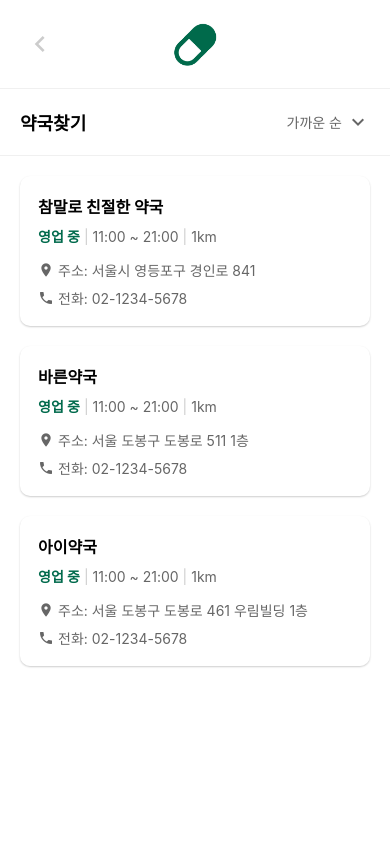
Repository: Sesac-icare/FrontEndiCare
Screen: /PharmacyList (app in iCare/)
The author's editor kept a copy of each file at every save. The screen is drawn from the files as they stood at one save, then again after the next save.
The app was drawn by React Native's web renderer in a window 390 px wide. The project was rebuilt for these pictures with package versions that can differ from the ones it lists, and the page was loaded fresh each time. Some packages were replaced by stand-ins written for this rebuild. Also part of the build but not shown: iCare/components/Header.js, iCare/components/Contents.js, iCare/components/HospitalList.js, iCare/components/MyPage.js, iCare/components/auth/SignUp.js, iCare/components/DocumentStorage.js.

Above is the screen before, as saved 2025-02-06 12:37:05.

### iCare/index.js
import { registerRootComponent } from "expo";

import App from "./App";

// registerRootComponent calls AppRegistry.registerComponent('main', () => App);
// It also ensures that whether you load the app in Expo Go or in a native build,
// the environment is set up appropriately
registerRootComponent(App);

// import { AppRegistry } from "react-native";
// import App from "./src/App";
// import { iCare } from "./app.json";

// import appConfig from "./app.json";

// const appName = appConfig.expo.name;

// AppRegistry.registerComponent(appName, () => App);

### iCare/App.js
import React, { useState, useEffect } from "react";
import { NavigationContainer } from "@react-navigation/native";
import { createNativeStackNavigator } from "@react-navigation/native-stack";
import { createBottomTabNavigator } from "@react-navigation/bottom-tabs";
import { View, StyleSheet, SafeAreaView, Text } from "react-native";
import { MaterialIcons } from "@expo/vector-icons";
import Header from "./components/Header";
import Contents from "./components/Contents";
import Splash from "./components/Splash";
import HospitalList from "./components/HospitalList";
import PharmacyList from "./components/PharmacyList";
import MyPage from "./components/MyPage";
import Login from "./components/auth/Login";
import SignUp from "./components/auth/SignUp";
import DocumentStorage from "./components/DocumentStorage";

const Stack = createNativeStackNavigator();
const Tab = createBottomTabNavigator();

// 임시 채팅, 마이페이지 컴포넌트
const ChatScreen = () => (
  <SafeAreaView style={styles.safe}>
    <View style={styles.container}>
      <Header />
      <View style={styles.center}>
        <Text>채팅 화면</Text>
      </View>
    </View>
  </SafeAreaView>
);

const HomeScreen = () => {
  return (
    <SafeAreaView style={styles.safe}>
      <View style={styles.container}>
        <Header />
        <Contents />
      </View>
    </SafeAreaView>
  );
};

// 탭 네비게이터
function TabNavigator() {
  return (
    <Tab.Navigator
      screenOptions={{
        headerShown: false,
        tabBarStyle: {
          height: 60,
          borderTopWidth: 1,
          borderTopColor: "#f0f0f0",
          paddingBottom: 20,
          paddingTop: 10,
          height: 80
        },
        tabBarActiveTintColor: "#016a4c",
        tabBarInactiveTintColor: "#CCCCCC",
        tabBarLabelStyle: {
          paddingBottom: 8,
          fontSize: 12,
          fontWeight: "500",
          marginTop: -4
        },
        tabBarIconStyle: {
          marginTop: -4
        }
      }}
    >
      <Tab.Screen
        name="홈"
        component={HomeScreen}
        options={{
          tabBarIcon: ({ color }) => (
            <MaterialIcons name="home" size={28} color={color} />
          )
        }}
      />
      <Tab.Screen
        name="채팅"
        component={ChatScreen}
        options={{
          tabBarIcon: ({ color }) => (
            <MaterialIcons name="forum" size={28} color={color} />
          )
        }}
      />
      <Tab.Screen
        name="마이페이지"
        component={MyPage}
        options={{
          tabBarIcon: ({ color }) => (
            <MaterialIcons name="person" size={28} color={color} />
          )
        }}
      />
    </Tab.Navigator>
  );
}

const App = () => {
  const [isLoading, setIsLoading] = useState(true);

  useEffect(() => {
    // 3초 후에 스플래시 화면 숨기기
    const timer = setTimeout(() => {
      setIsLoading(false);
    }, 3000);

    return () => clearTimeout(timer);
  }, []);

  if (isLoading) {
    return <Splash />;
  }

  return (
    <NavigationContainer>
      <Stack.Navigator screenOptions={{ headerShown: false }}>
        <Stack.Screen name="Login" component={Login} />
        <Stack.Screen name="SignUp" component={SignUp} />
        <Stack.Screen name="MainTabs" component={TabNavigator} />
        <Stack.Screen name="HospitalList" component={HospitalList} />
        <Stack.Screen name="PharmacyList" component={PharmacyList} />
        <Stack.Screen name="DocumentStorage" component={DocumentStorage} />
      </Stack.Navigator>
    </NavigationContainer>
  );
};

const styles = StyleSheet.create({
  safe: {
    flex: 1,
    backgroundColor: "#ffffff"
  },
  container: {
    flex: 1,
    backgroundColor: "#ffffff"
  },
  center: {
    flex: 1,
    justifyContent: "center",
    alignItems: "center"
  },
  button: {
    backgroundColor: "#f0f0f0",
    padding: 14,
    borderRadius: 9,
    marginBottom: 9,
    alignItems: "center"
  },
  buttonText: {
    fontSize: 18,
    color: "green",
    fontFamily: "NotoSansKR"
  }
});

export default App;

### iCare/components/Splash.js
import React from "react";
import { View, Text, StyleSheet, Image, Dimensions } from "react-native";

const { height } = Dimensions.get("window");

export default function Splash() {
  return (
    <View style={styles.container}>
      <View style={styles.logoContainer}>
        <Image
          source={require("../assets/iCareLogo.jpg")}
          style={styles.logo}
          resizeMode="contain"
        />
      </View>
      <View style={styles.footer}>
        <Text style={styles.title}>iCare</Text>
        <Text style={styles.subtitle}>
          아이를 위한 24시간 병원 및 약국 찾기
        </Text>
      </View>
    </View>
  );
}

const styles = StyleSheet.create({
  container: {
    flex: 1,
    backgroundColor: "#016a4c",
    justifyContent: "center"
  },
  logoContainer: {
    position: "absolute",
    top: "40%",
    left: 0,
    right: 0,
    alignItems: "center"
  },
  logo: {
    width: 200,
    height: 200
  },
  footer: {
    position: "absolute",
    bottom: 80,
    left: 0,
    right: 0,
    alignItems: "center"
  },
  title: {
    fontSize: 36,
    color: "#12b67a",
    marginBottom: 8,
    fontFamily: "NotoSansKR",
    fontWeight: "bold"
  },
  subtitle: {
    fontSize: 18,
    color: "white",
    opacity: 0.8,
    fontFamily: "NotoSansKR",
    fontWeight: "400"
  }
});

### iCare/components/PharmacyList.js
import React from "react";
import {
  View,
  Text,
  StyleSheet,
  ScrollView,
  TouchableOpacity,
  SafeAreaView,
  Image
} from "react-native";
import { MaterialIcons } from "@expo/vector-icons";
import { useNavigation } from "@react-navigation/native";

export default function PharmacyList() {
  const navigation = useNavigation();
  const pharmacies = [
    {
      name: "참말로 친절한 약국",
      status: "영업 중",
      hours: "11:00 ~ 21:00",
      distance: "1km",
      address: "서울시 영등포구 경인로 841",
      tel: "02-1234-5678"
    },
    {
      name: "바른약국",
      status: "영업 중",
      hours: "11:00 ~ 21:00",
      distance: "1km",
      address: "서울 도봉구 도봉로 511 1층",
      tel: "02-1234-5678"
    },
    {
      name: "아이약국",
      status: "영업 중",
      hours: "11:00 ~ 21:00",
      distance: "1km",
      address: "서울 도봉구 도봉로 461 우림빌딩 1층",
      tel: "02-1234-5678"
    }
  ];

  return (
    <SafeAreaView style={styles.safe}>
      <View style={styles.container}>
        <View style={styles.header}>
          <TouchableOpacity
            style={styles.backButton}
            onPress={() => navigation.goBack()}
          >
            <MaterialIcons name="chevron-left" size={32} color="#CCCCCC" />
          </TouchableOpacity>
          <Image
            source={require("../assets/HeaderGreenLogo.png")}
            style={styles.logo}
            resizeMode="contain"
          />
        </View>

        <View style={styles.subHeader}>
          <Text style={styles.pageTitle}>약국찾기</Text>
          <TouchableOpacity style={styles.filterButton}>
            <Text style={styles.filterText}>가까운 순</Text>
            <MaterialIcons name="keyboard-arrow-down" size={24} color="#666666" />
          </TouchableOpacity>
        </View>

        <ScrollView style={styles.listContainer}>
          {pharmacies.map((pharmacy, index) => (
            <TouchableOpacity key={index} style={styles.pharmacyItem}>
              <Text style={styles.pharmacyName}>{pharmacy.name}</Text>
              <Text style={styles.statusText}>
                <Text style={pharmacy.status === "영업 중" ? styles.openStatus : styles.closedStatus}>
                  {pharmacy.status}
                </Text>
                <Text style={styles.statusDivider}> | </Text>
                {pharmacy.hours}
                <Text style={styles.statusDivider}> | </Text>
                {pharmacy.distance}
              </Text>
              <View style={styles.addressContainer}>
                <MaterialIcons name="location-on" size={16} color="#666" />
                <Text style={styles.addressText}>주소: {pharmacy.address}</Text>
              </View>
              <View style={styles.telContainer}>
                <MaterialIcons name="phone" size={16} color="#666" />
                <Text style={styles.telText}>전화: {pharmacy.tel}</Text>
              </View>
            </TouchableOpacity>
          ))}
        </ScrollView>
      </View>
    </SafeAreaView>
  );
}

const styles = StyleSheet.create({
  safe: {
    flex: 1,
    backgroundColor: "#fff"
  },
  container: {
    flex: 1,
    backgroundColor: "#fff"
  },
  header: {
    flexDirection: "row",
    alignItems: "center",
    padding: 20,
    borderBottomWidth: 1,
    borderBottomColor: "#f0f0f0",
    backgroundColor: "#fff"
  },
  backButton: {
    padding: 4,
    position: "absolute",
    left: 20,
    zIndex: 1
  },
  logo: {
    width: 48,
    height: 48,
    marginLeft: "auto",
    marginRight: "auto"
  },
  subHeader: {
    flexDirection: "row",
    justifyContent: "space-between",
    alignItems: "center",
    padding: 20,
    backgroundColor: "#fff",
    borderBottomWidth: 1,
    borderBottomColor: "#f0f0f0"
  },
  pageTitle: {
    fontSize: 18,
    fontWeight: "bold",
    color: "#000"
  },
  filterButton: {
    flexDirection: "row",
    alignItems: "center",
    gap: 4
  },
  filterText: {
    fontSize: 14,
    color: "#666666"
  },
  listContainer: {
    flex: 1,
    padding: 20
  },
  pharmacyItem: {
    marginBottom: 20,
    padding: 18,
    backgroundColor: "#fff",
    borderRadius: 10,
    elevation: 2,
    shadowColor: "#000",
    shadowOffset: {
      width: 0,
      height: 1
    },
    shadowOpacity: 0.2,
    shadowRadius: 2
  },
  pharmacyName: {
    fontSize: 16,
    fontWeight: "bold",
    marginBottom: 8
  },
  statusText: {
    color: "#666",
    fontSize: 14,
    marginBottom: 14
  },
  addressContainer: {
    flexDirection: "row",
    alignItems: "center",
    gap: 4,
    marginBottom: 8
  },
  telContainer: {
    flexDirection: "row",
    alignItems: "center",
    gap: 4
  },
  addressText: {
    color: "#666",
    fontSize: 14
  },
  telText: {
    color: "#666",
    fontSize: 14
  },
  openStatus: {
    color: "#016A4C",
    fontWeight: "700",
  },
  closedStatus: {
    color: "#E53935",
    fontWeight: "700",
  },
  statusDivider: {
    color: "#CCCCCC",
  },
});

### iCare/components/auth/Login.js
import React, { useState } from "react";
import {
  View,
  Text,
  StyleSheet,
  TouchableOpacity,
  SafeAreaView,
  Image,
  TextInput,
  KeyboardAvoidingView,
  Platform,
  ScrollView
} from "react-native";
import { MaterialIcons } from "@expo/vector-icons";
import { useNavigation } from "@react-navigation/native";

export default function Login() {
  const navigation = useNavigation();
  const [email, setEmail] = useState("");
  const [password, setPassword] = useState("");

  // 버튼 활성화 여부를 확인하는 함수
  const isLoginButtonEnabled = email.trim() !== "" && password.trim() !== "";

  const handleLogin = () => {
    if (!isLoginButtonEnabled) return;

    // 테스트를 위해 API 호출 없이 바로 메인 화면으로 이동
    navigation.navigate("MainTabs");

    /* 실제 API 연동 코드는 주석 처리
    fetch('api/users/login', {
      method: 'POST',
      headers: {
        'Content-Type': 'application/json',
      },
      body: JSON.stringify({
        email,
        password
      })
    })
    .then(response => response.json())
    .then(data => {
      if (data.token) {
        navigation.navigate("MainTabs");
      }
    })
    .catch(error => {
      if (error.response?.status === 400) {
        alert("이메일 또는 비밀번호가 올바르지 않습니다.");
      }
    });
    */
  };

  return (
    <SafeAreaView style={styles.safe}>
      <KeyboardAvoidingView
        behavior={Platform.OS === "ios" ? "padding" : "height"}
        style={styles.container}
      >
        <View style={styles.content}>
          <View style={styles.logoContainer}>
            <Image
              source={require("../../assets/HeaderGreenLogo.png")}
              style={styles.logo}
              resizeMode="contain"
            />
          </View>

          <View style={styles.inputSection}>
            <Text style={styles.label}>이메일</Text>
            <TextInput
              style={styles.input}
              placeholder="이메일을 입력해주세요"
              placeholderTextColor="#999"
              value={email}
              onChangeText={setEmail}
              autoCapitalize="none"
              keyboardType="email-address"
            />
          </View>

          <View style={styles.inputSection}>
            <Text style={styles.label}>비밀번호</Text>
            <TextInput
              style={styles.input}
              placeholder="비밀번호를 입력해주세요"
              placeholderTextColor="#999"
              secureTextEntry
              value={password}
              onChangeText={setPassword}
            />
          </View>
        </View>

        <View style={styles.buttonWrapper}>
          <TouchableOpacity
            style={[
              styles.loginButton,
              !isLoginButtonEnabled && styles.loginButtonDisabled
            ]}
            onPress={handleLogin}
            disabled={!isLoginButtonEnabled}
          >
            <Text
              style={[
                styles.loginButtonText,
                !isLoginButtonEnabled && styles.loginButtonTextDisabled
              ]}
            >
              로그인
            </Text>
          </TouchableOpacity>

          <TouchableOpacity
            style={styles.button}
            onPress={() => navigation.navigate("SignUp")}
          >
            <Text style={styles.buttonText}>회원가입</Text>
          </TouchableOpacity>
        </View>
      </KeyboardAvoidingView>
    </SafeAreaView>
  );
}

const styles = StyleSheet.create({
  safe: {
    flex: 1,
    backgroundColor: "#fff"
  },
  container: {
    flex: 1,
    backgroundColor: "#fff"
  },
  content: {
    flex: 1,
    padding: 24,
    justifyContent: "center"
  },
  logoContainer: {
    alignItems: "center",
    marginBottom: 60
  },
  logo: {
    width: 80,
    height: 80
  },
  inputSection: {
    marginBottom: 20
  },
  label: {
    fontSize: 14,
    color: "#222",
    marginBottom: 8,
    fontWeight: "500"
  },
  input: {
    borderWidth: 1,
    borderColor: "#E8E8E8",
    borderRadius: 8,
    padding: 12,
    fontSize: 14,
    color: "#222222"
  },
  buttonWrapper: {
    padding: 24,
    paddingBottom: Platform.OS === "ios" ? 34 : 24
  },
  loginButton: {
    backgroundColor: "#016A4C",
    paddingVertical: 15,
    borderRadius: 10,
    alignItems: "center",
    marginBottom: 12
  },
  loginButtonDisabled: {
    backgroundColor: "#CCCCCC"
  },
  loginButtonText: {
    color: "#fff",

    fontSize: 16,
    fontWeight: "600"
  },
  loginButtonTextDisabled: {
    color: "#999999"
  },
  button: {
    backgroundColor: "#fff",
    paddingVertical: 15,
    borderRadius: 10,
    alignItems: "center",
    borderWidth: 1,
    borderColor: "#016A4C"
  },
  buttonText: {
    fontSize: 16,
    color: "#016A4C",
    fontWeight: "600"
  }
});

After the next save:
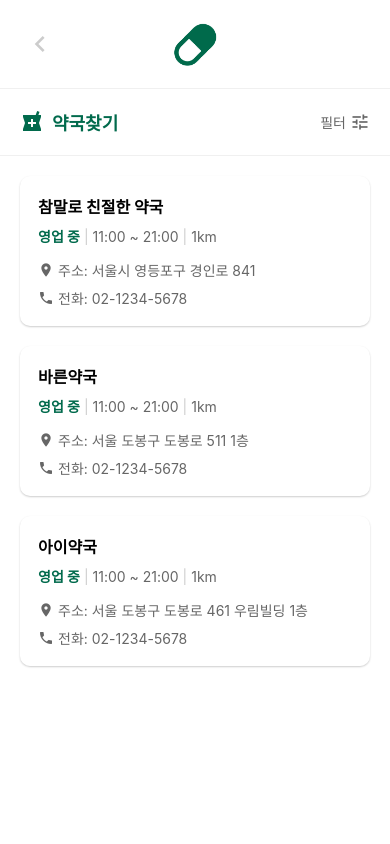
Saved 31 s later.
--- a/iCare/components/PharmacyList.js
+++ b/iCare/components/PharmacyList.js
@@ -58,10 +58,13 @@ export default function PharmacyList() {
         </View>
 
         <View style={styles.subHeader}>
-          <Text style={styles.pageTitle}>약국찾기</Text>
+          <View style={styles.titleContainer}>
+            <MaterialIcons name="local-pharmacy" size={24} color="#016A4C" />
+            <Text style={styles.pageTitle}>약국찾기</Text>
+          </View>
           <TouchableOpacity style={styles.filterButton}>
-            <Text style={styles.filterText}>가까운 순</Text>
-            <MaterialIcons name="keyboard-arrow-down" size={24} color="#666666" />
+            <Text style={styles.filterText}>필터</Text>
+            <MaterialIcons name="tune" size={20} color="#666666" />
           </TouchableOpacity>
         </View>
 
@@ -132,10 +135,15 @@ const styles = StyleSheet.create({
     borderBottomWidth: 1,
     borderBottomColor: "#f0f0f0"
   },
+  titleContainer: {
+    flexDirection: 'row',
+    alignItems: 'center',
+    gap: 8
+  },
   pageTitle: {
     fontSize: 18,
     fontWeight: "bold",
-    color: "#000"
+    color: "#016A4C"
   },
   filterButton: {
     flexDirection: "row",
